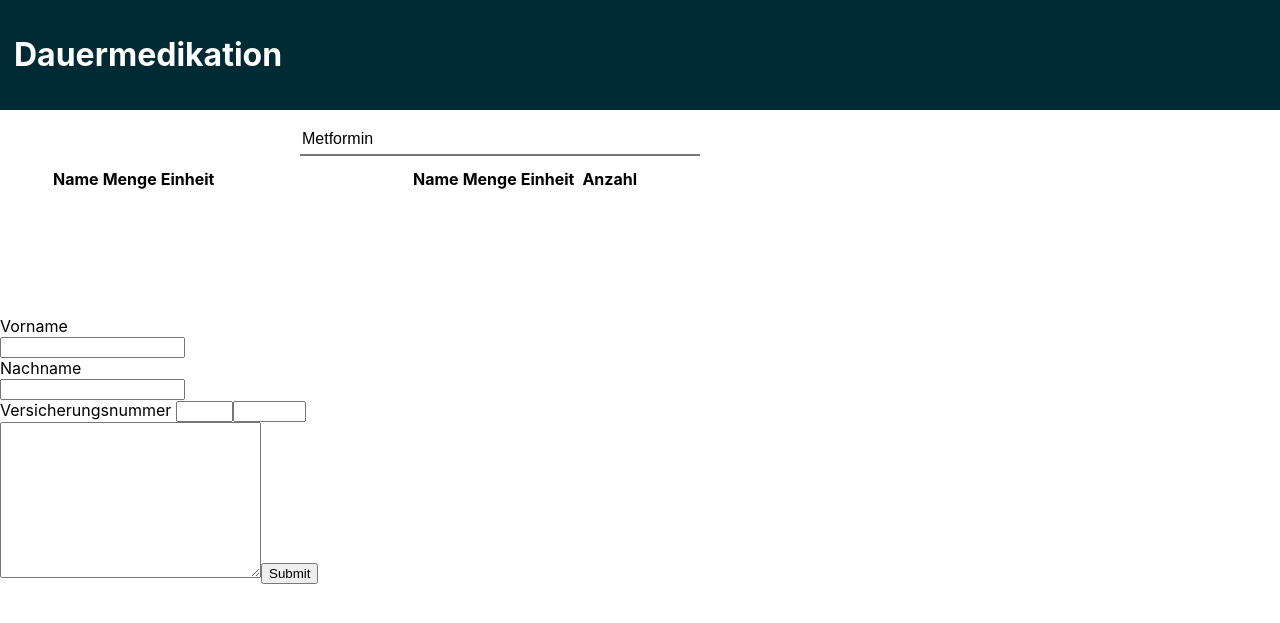
Repository: Esatollah/MedDemo
Page: / (app in client/)
An editor plug-in stored every save of this project. The page is shown before and after the next save, followed by the edit.
The browser window is 1280 px wide. The pictures show the whole page.
The page's requests for data from a server got no answer. The project was rebuilt for these pictures with package versions that can differ from the ones it lists, and the page was loaded fresh each time. No one was signed in, and anything a server would have sent is missing. Also part of the build but not shown: client/src/App.css, client/src/Routes/Bestellungen.jsx.

Above is the page before, as saved 2022-06-10 11:53:48.

After the next save:
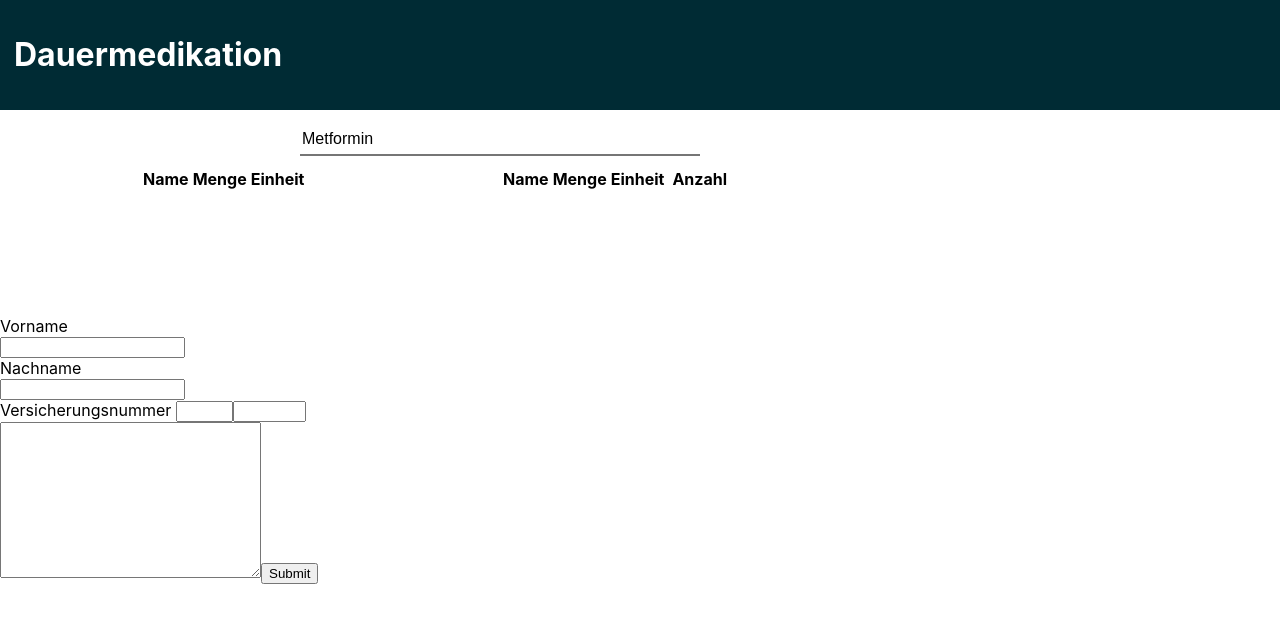
Saved 23 s later.
--- a/client/src/Styles/SearchStyles.js
+++ b/client/src/Styles/SearchStyles.js
@@ -61,7 +61,7 @@ border: 1px;
         width: 100%;
         display:flex;
         @media(min-width: 1000px) {
-             width: 60%;
+             width: 40%;
              display:flex;
          }
     }
